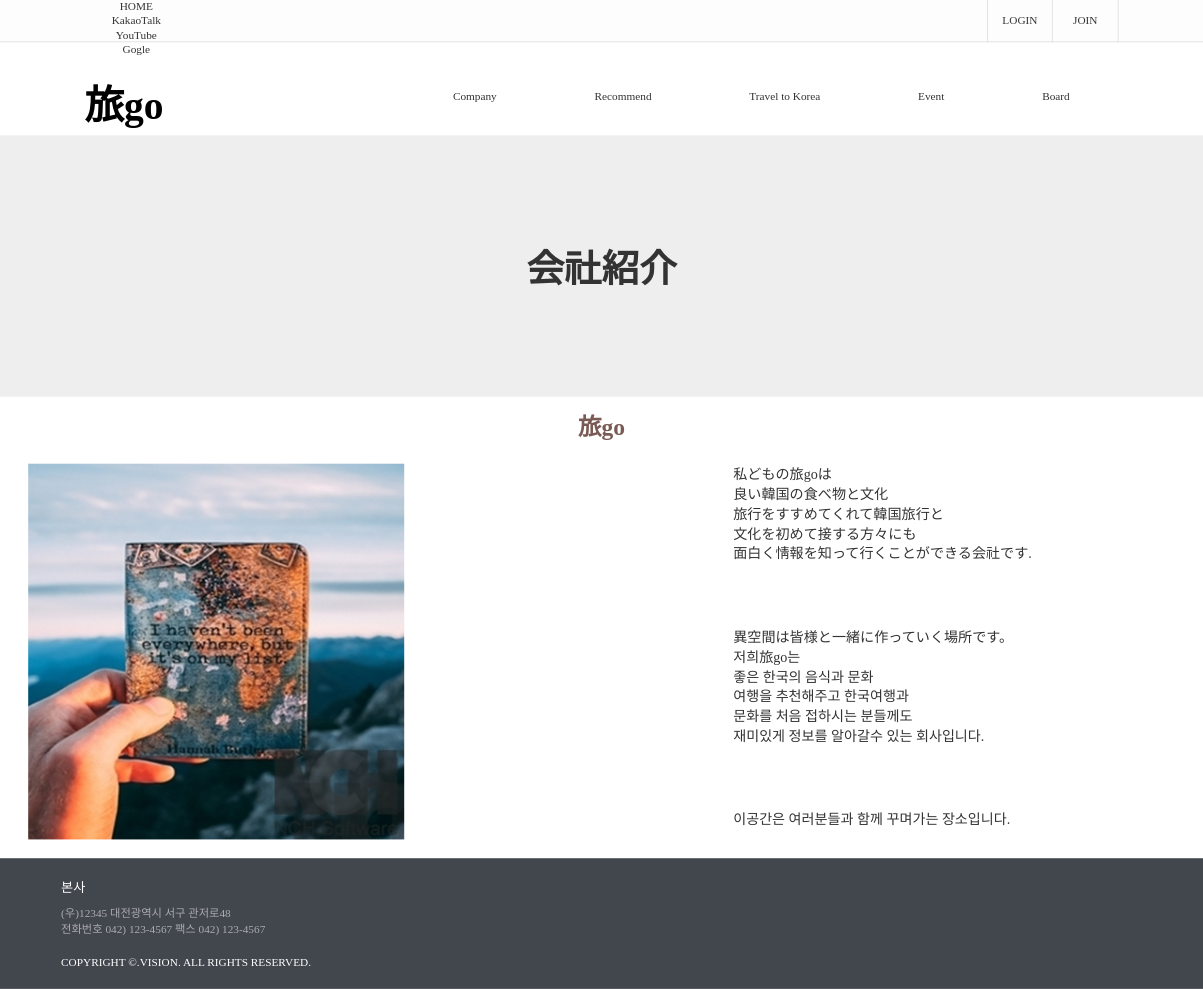
Repository: ddd5733/MVC-Pattern
Page: http://localhost/ksy_servlet_homepage/company/company01.jsp
These files come from the project's save history. The page is drawn as it stood at one moment and after the next save; the edit follows.
The browser window is 1280 px wide. The pictures show the whole page, at 94% of full size.
The page is served by Tomcat 9.

Above is the page before, as saved 2020-01-08 04:07:42.

After the next save:
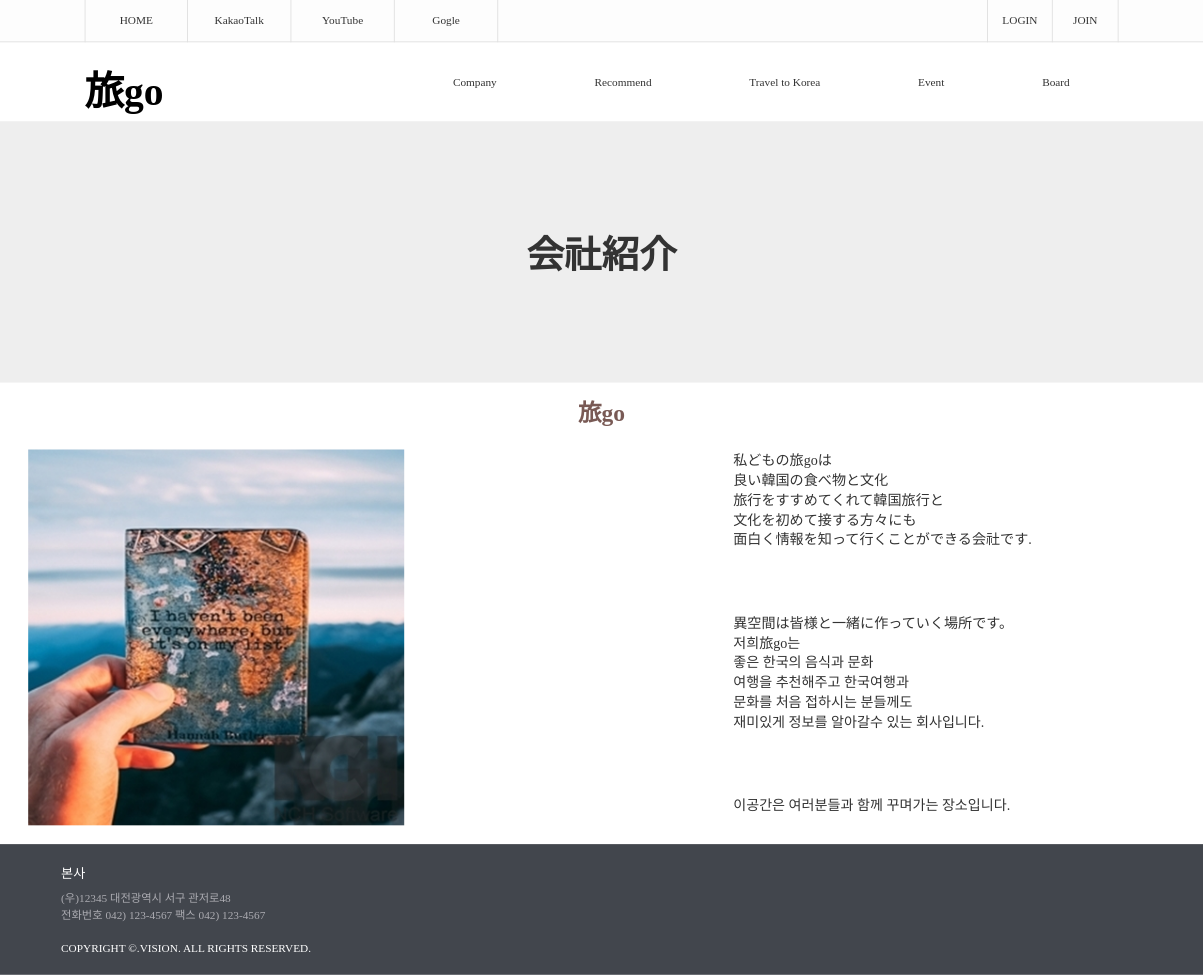
Saved 4 min 45 s later.
--- a/김성용_eclipse_source/ksy_servlet_homepage/WebContent/common/header.jsp
+++ b/김성용_eclipse_source/ksy_servlet_homepage/WebContent/common/header.jsp
@@ -122,14 +122,12 @@
 	<div class="top_navigation">
 		<header class="header">
 			<nav class="top_left">
-				<form name="js-youtubeForm">
 				<ul>
 					<li class="first"><a href="/Index">HOME</a></li>
 					<li><a href="https://www.kakaocorp.com/service/KakaoTalk">KakaoTalk</a></li>
 					<li class ="youTubeLi">YouTube</li>
 					<li><a href="#">Gogle</a></li>
 				</ul>
-				</form>
 			</nav>
 
 			<nav class="top_right">

After the save that followed:
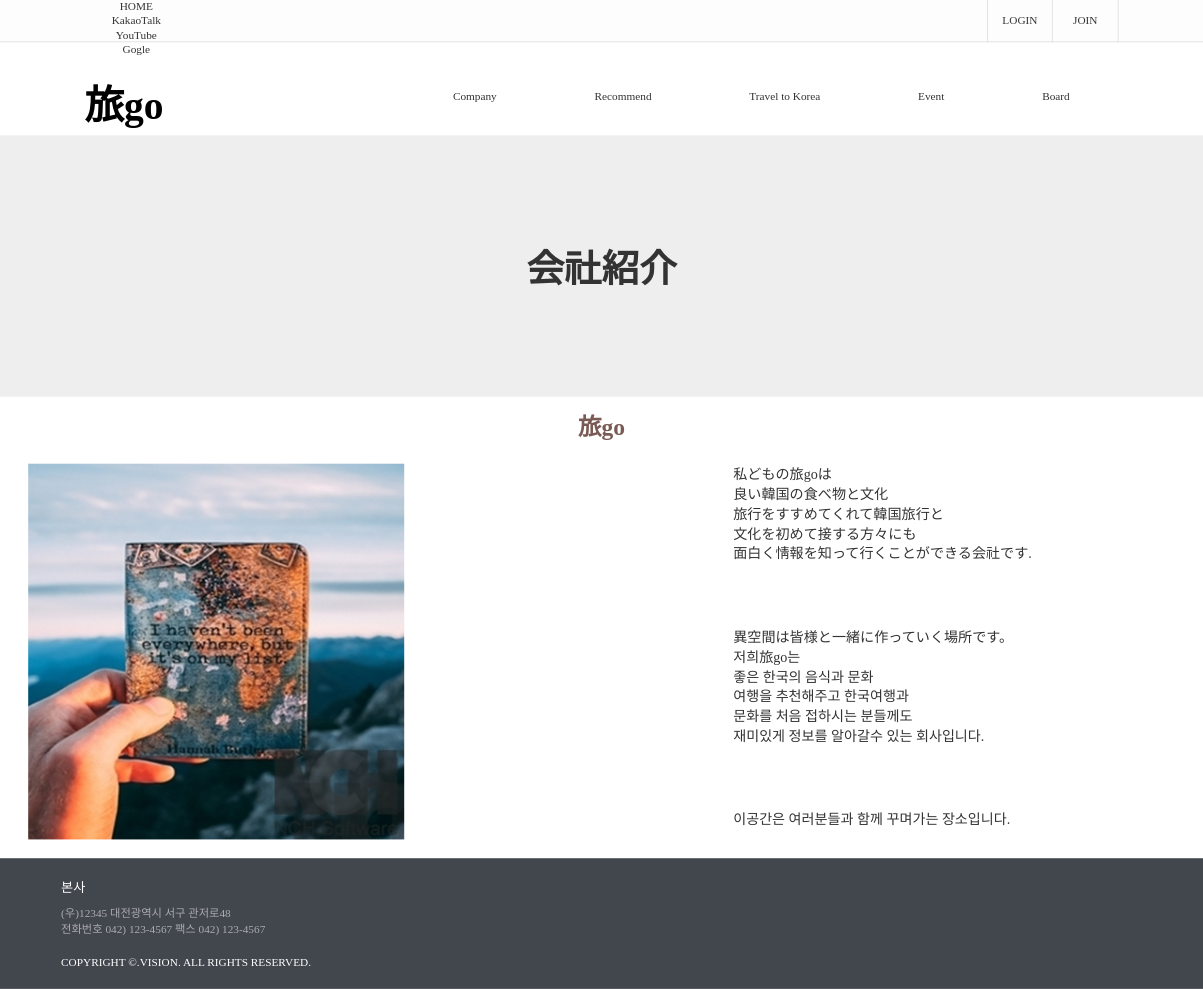
Saved 9 s later.
--- a/김성용_eclipse_source/ksy_servlet_homepage/WebContent/common/header.jsp
+++ b/김성용_eclipse_source/ksy_servlet_homepage/WebContent/common/header.jsp
@@ -122,12 +122,14 @@
 	<div class="top_navigation">
 		<header class="header">
 			<nav class="top_left">
+				<form name="js-youtubeForm">
 				<ul>
 					<li class="first"><a href="/Index">HOME</a></li>
 					<li><a href="https://www.kakaocorp.com/service/KakaoTalk">KakaoTalk</a></li>
 					<li class ="youTubeLi">YouTube</li>
 					<li><a href="#">Gogle</a></li>
 				</ul>
+				</form>
 			</nav>
 
 			<nav class="top_right">
